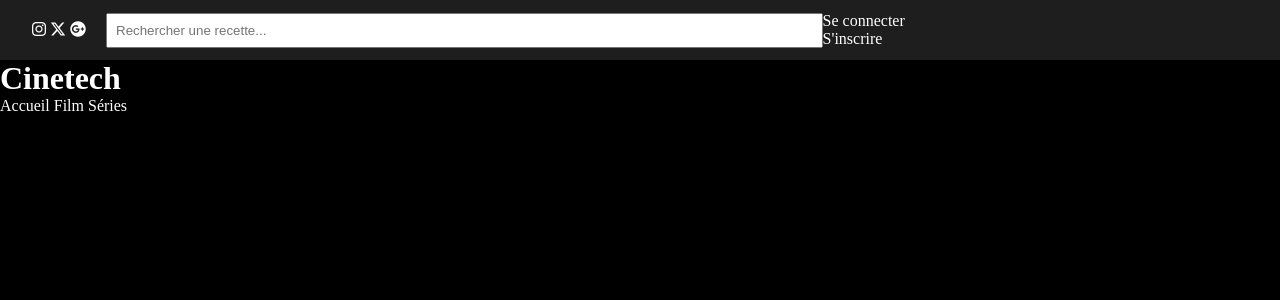
Repository: karim-sebih/cinetech
Page: index.html
An editor plug-in stored every save of this project. The page is shown before and after a run of saves, followed by the edit.
The browser window is 1280 px wide. The pictures show the whole page.
Some web libraries are served in a nearby version.

Above is the page before, as saved 2025-04-21 12:57:42.

### index.html
<!DOCTYPE html>
<html lang="fr">
<head>
    <meta charset="UTF-8">
    <meta name="viewport" content="width=device-width, initial-scale=1.0">
    <link rel="stylesheet" href="styles/index.css">
    <script src="https://kit.fontawesome.com/ca3234fc7d.js" crossorigin="anonymous"></script>
</script>
    <title>Cinetech</title>
</head>
<body>
    <header>
        <nav class="navbar">
            <div class="buttons">
                <a href="#"><i class="fa-brands fa-instagram"></i></a>

                <a href="#"><i class="fa-brands fa-x-twitter"></i></a>

                <a href="#"><i class="fa-brands fa-google-plus"></i></a>
            </div>
            <div class="search-container">
                <input type="text" id="search-bar" placeholder="Rechercher une recette..." autocomplete="off">
                <button id="clear-search">x</button>
                <div id="suggestions" class="suggestion-box"></div>

                <div class="sign">
                    <a href="#">Se connecter</a>
                    <a href="#">S'inscrire</a>
                </div>
        </nav>
    </header>
    <div class="secondnav">
        <div class="logo">
            <H1>Cinetech</H1>
        </div>
        <div class="nav">
            <a href="/index.html">Accueil</a>

            <a href="./pages/film.html">Film</a>

            <a href="./pages/séries.html">Séries</a>
        </div>
    </div>

</body>

<script src="./js/index.js"></script>


</html>

### styles/index.css
* {
    margin: 0;
    padding: 0;
    box-sizing: border-box;
  }


  a {
    text-decoration: none;
    color: white;
    font-family: "kodchasan";
  }

  body {
    margin: 0;
    width: 100%;
    min-height: 100vh;
    overflow-x: auto;
    background-color: black;
    color: white;
  }

  /* Nav bar */

  a{
    text-decoration: none;
    color: white;
  }

  a:hover{
  color: red;
  }

  header{
  position: relative;
  padding: 0 2rem;
  background-color: rgb(31, 30, 30);
  }

  .navbar {
  width: 100%;
  max-width: 1200px;
  height: 60px;
  margin: 0;
  display: flex;
  align-items: center;
gap: 20px;

  }



.search-container {
  position: relative;
  width: 70%;
  display: flex;

  align-items: center;
}

#search-bar {
  width: 100%;
  height: 100%;
  padding: 8px;


  padding-right: 30px;
}

#clear-search {
  position: absolute;
  right: 8px;
  background: transparent;
  border: none;
  font-size: 16px;
  cursor: pointer;
  display: none; /* Caché par défaut */
}

.suggestion-box {
  position: absolute;
  width: 100%;
  background: white;

  max-height: 150px;
  overflow-y: auto;
  z-index: 1000;
  top: 35px;
}

.suggestion-item {
  padding: 8px;
  cursor: pointer;
}

.suggestion-item:hover {
  background: #f0f0f0;
}

#clear-search {
  background: none;
  border: none;
  font-size: 20px;
  color: black; /* X en noir */
  cursor: pointer;
  margin-bottom: 12px;
}


.sign²

Loaded but not shown: js/index.js (no copy from this time; the picture is the same without it)

After the next 10 saves:
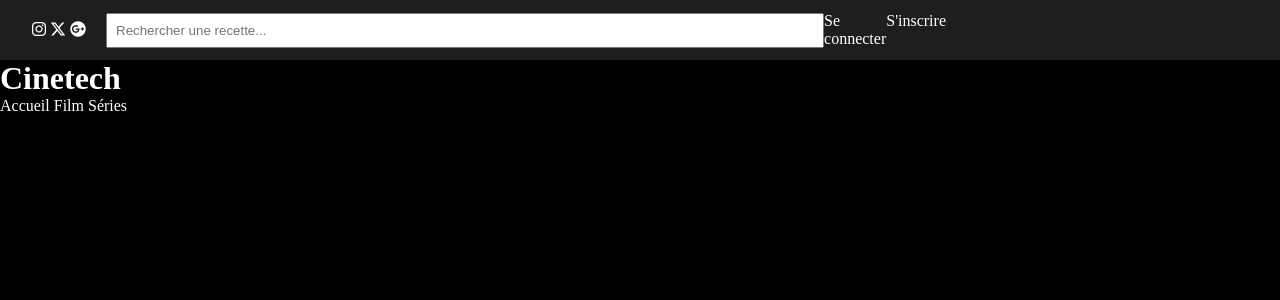
The 10 saves are shown as one change because they came seconds apart.
The last was saved 18 s later.
--- a/styles/index.css
+++ b/styles/index.css
@@ -107,4 +107,7 @@ gap: 20px;
 }
 
 
-.sign²
+.sign{
+  display: flex;
+  justify-content: center;
+}
